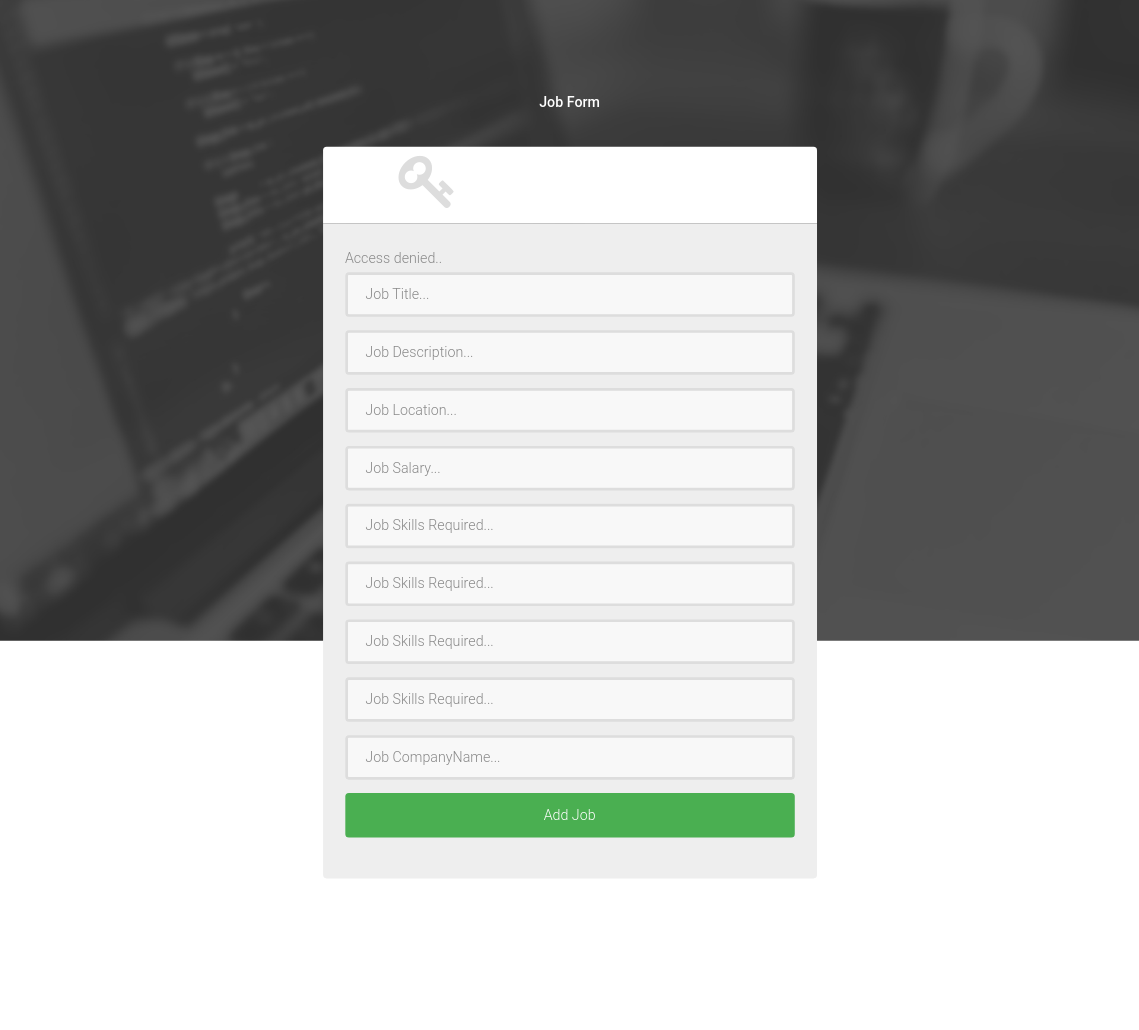
Repository: Abhi2097/Collab
Page: Final Commit of Project 2/Project 2/Frontend_Collab/WebContent/views/jobform.html
An editor plug-in stored every save of this project. The page is shown before and after the next save, followed by the edit.
The browser window is 1280 px wide. The pictures show the whole page, at 89% of full size.

Above is the page before, as saved 2018-11-27 10:48:50.

After the next save:
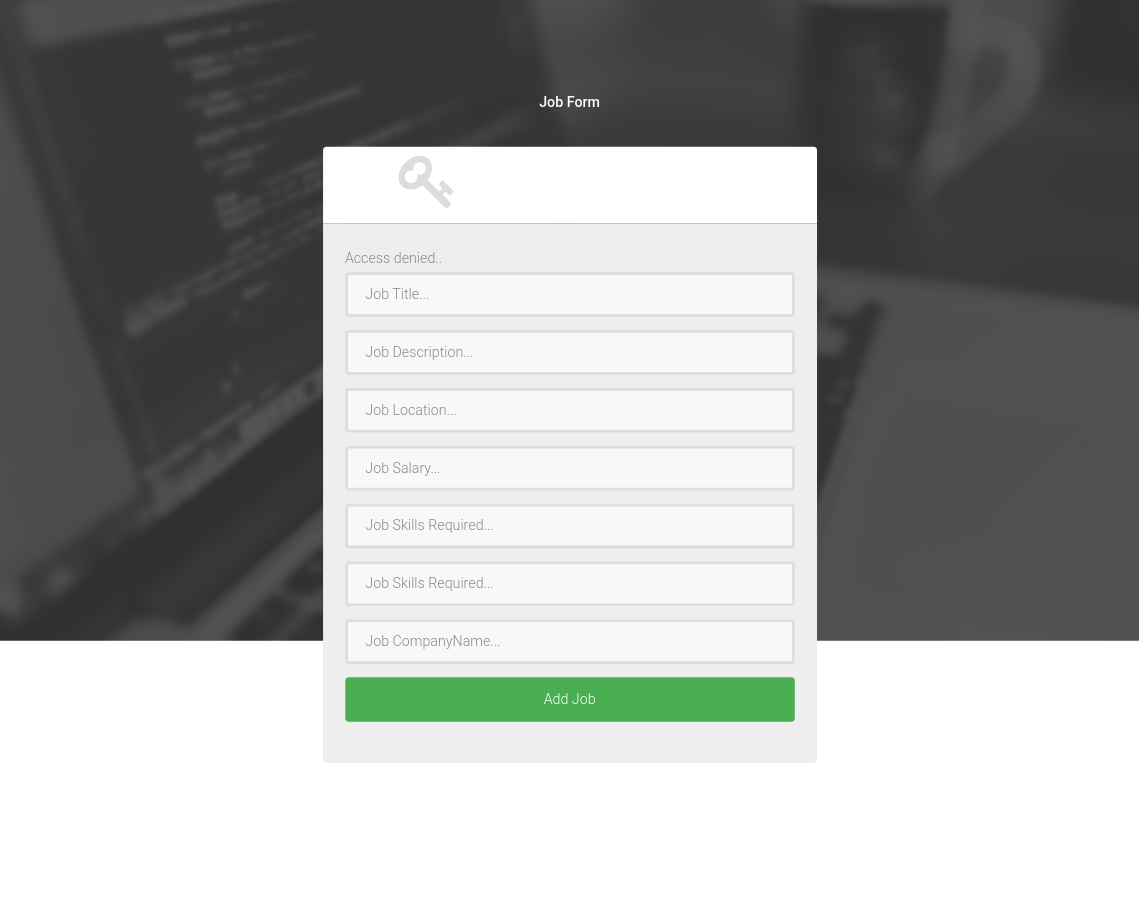
Saved 5 min 26 s later.
--- a/Final Commit of Project 2/Project 2/Frontend_Collab/WebContent/views/jobform.html
+++ b/Final Commit of Project 2/Project 2/Frontend_Collab/WebContent/views/jobform.html
@@ -53,14 +53,6 @@
 <input type="text" name="form-username" placeholder="Job Skills Required..." class="form-username form-control" id="form-username" ng-model="job.skillsRequired">
 </div>
 <div class="form-group">
-<label class="sr-only" for="form-username">Enter Skills Required</label>
-<input type="text" name="form-username" placeholder="Job Skills Required..." class="form-username form-control" id="form-username" ng-model="job.skillsRequired">
-</div>
-<div class="form-group">
-<label class="sr-only" for="form-username">Enter Skills Required</label>
-<input type="text" name="form-username" placeholder="Job Skills Required..." class="form-username form-control" id="form-username" ng-model="job.skillsRequired">
-</div>
-<div class="form-group">
 <label class="sr-only" for="form-username">Enter Years of Exp</label>
 <input type="text" name="form-username" placeholder="Job Skills Required..." class="form-username form-control" id="form-username" ng-model="job.yrsOfExp">
 </div>
